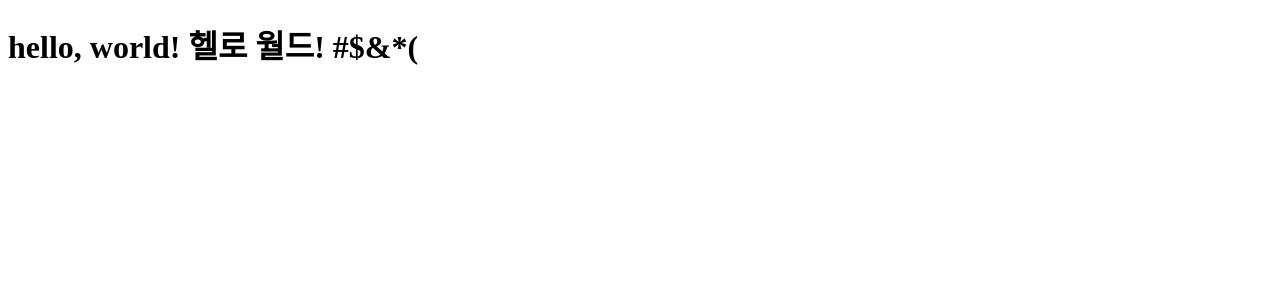
Repository: Kwonharu/workspace-web
Page: helloweb/WebContent/hello.html
The author's editor kept a copy of each file at every save. The page is drawn from the files as they stood at one save, then again after the next save.
The browser window is 1280 px wide. The pictures show the whole page.

Above is the page before, as saved 2023-09-04 02:49:00.

### helloweb/WebContent/hello.html
<!DOCTYPE html>
<html>
<head>
<meta charset="UTF-8">
<title>Insert title here</title>
</head>
<body>
	<h1>hello, world! 헬로 월드! #$&*(</h1>
</body>
</html>

After the next save:
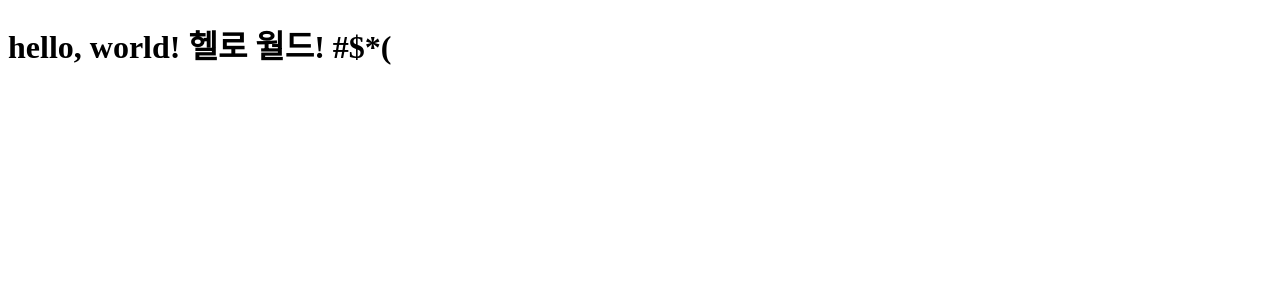
Saved 13 min 29 s later.
--- a/helloweb/WebContent/hello.html
+++ b/helloweb/WebContent/hello.html
@@ -5,6 +5,6 @@
 <title>Insert title here</title>
 </head>
 <body>
-	<h1>hello, world! 헬로 월드! #$&*(</h1>
+	<h1>hello, world! 헬로 월드! #$*(</h1>
 </body>
 </html>
